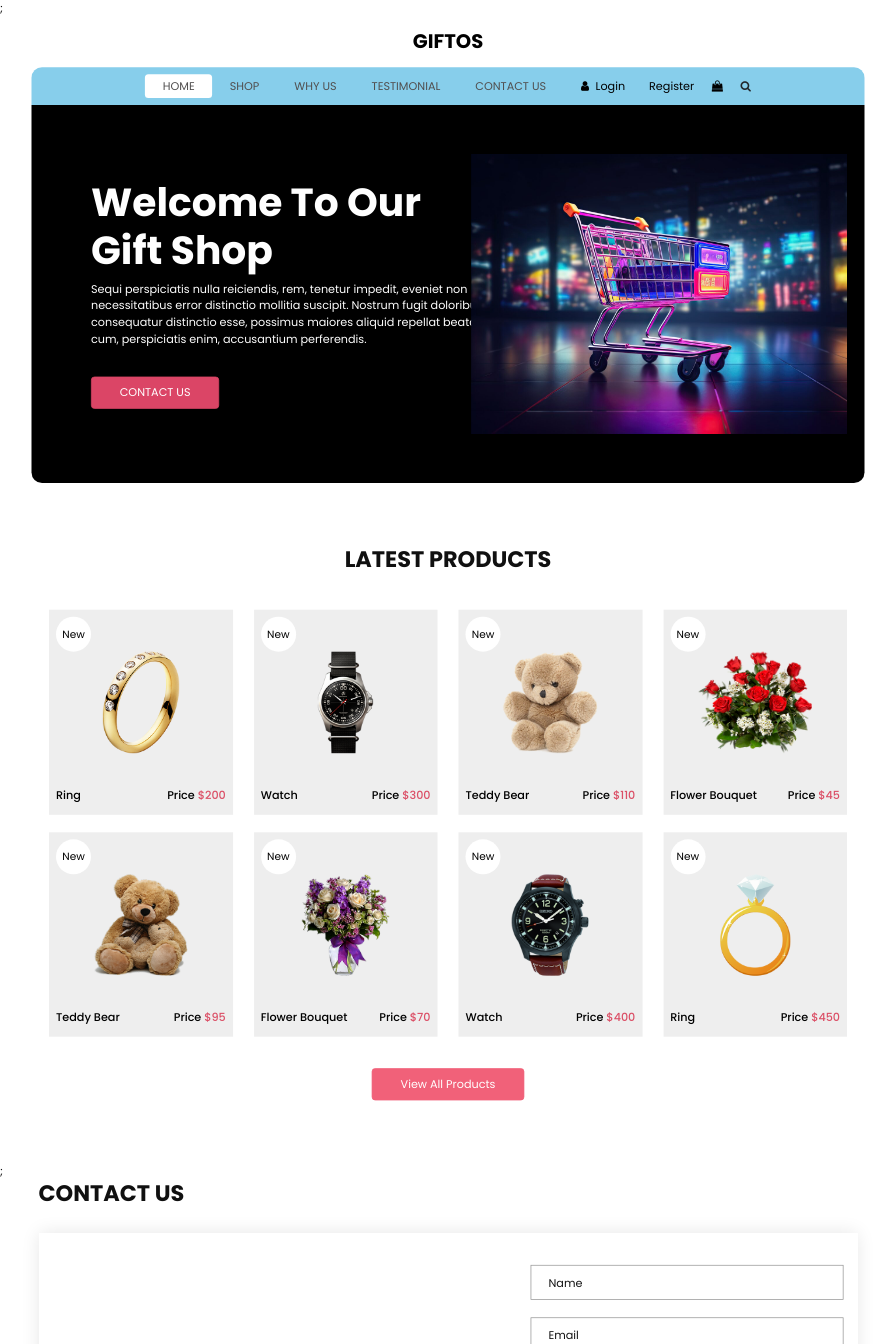
Repository: tanimtanzilislam/ecommerce_project_laravel
Page: http://localhost/
These files come from the project's save history. The page is drawn as it stood at one moment and after the next save; the edit follows.
The browser window is 1280 px wide. The pictures show the part of the page from y = 0 to 1920 px (the page is 2902 px tall), at 70% of full size.
Pictures or frames that could not be fetched are drawn as grey boxes. The page is served by the project's Laravel application, run on PHP 8.4 with Laravel 12. Other server files are loaded and not shown.

Above is the page before, as saved 2025-06-14 17:03:53.

### routes/web.php
<?php

use App\Http\Controllers\ProfileController;
use Illuminate\Support\Facades\Route;
use App\Http\Controllers\HomeController;
route::get('/', [HomeController::class,'home']
);

Route::get('/dashboard', function () {
    return view('dashboard');
})->middleware(['auth', 'verified'])->name('dashboard');

Route::middleware('auth')->group(function () {
    Route::get('/profile', [ProfileController::class, 'edit'])->name('profile.edit');
    Route::patch('/profile', [ProfileController::class, 'update'])->name('profile.update');
    Route::delete('/profile', [ProfileController::class, 'destroy'])->name('profile.destroy');
});

require __DIR__.'/auth.php';

route::get('admin/dashboard',[HomeController::class,'index']);
route::get('admin/dashboard',[HomeController::class,'index'])->middleware(['auth','admin']);

### app/Http/Controllers/HomeController.php
<?php

namespace App\Http\Controllers;

use Illuminate\Http\Request;


class HomeController extends Controller
{
    public function index(){
        return view('admin.index');
    }



    public function home(){
       return view('home.index');

        }

}

### resources/views/home/index.blade.php
<!DOCTYPE html>
<html>

<head>
  @include('home.css');
</head>

<body>
  <div class="hero_area">
    <!-- header section strats -->
   @include('home.header')
    <!-- end header section -->
    <!-- slider section -->
@include('home.slider')

    <!-- end slider section -->
  </div>
  <!-- end hero area -->

  <!-- shop section -->

  @include('home.product');

  <!-- end shop section -->







  <!-- contact section -->

  @include('home.contact')

  <!-- end contact section -->



  <!-- info section -->
@include('home.footer');

</body>

</html>

### resources/views/home/css.blade.php
<!-- Basic -->
  <meta charset="utf-8" />
  <meta http-equiv="X-UA-Compatible" content="IE=edge" />
  <!-- Mobile Metas -->
  <meta name="viewport" content="width=device-width, initial-scale=1, shrink-to-fit=no" />
  <!-- Site Metas -->
  <meta name="keywords" content="" />
  <meta name="description" content="" />
  <meta name="author" content="" />
  <link rel="shortcut icon" href="images/favicon.png" type="image/x-icon">

  <title>
    Giftos
  </title>

  <!-- slider stylesheet -->
  <link rel="stylesheet" type="text/css" href="https://cdnjs.cloudflare.com/ajax/libs/OwlCarousel2/2.3.4/assets/owl.carousel.min.css" />

  <!-- bootstrap core css -->
  <link rel="stylesheet" type="text/css" href="{{asset('css/bootstrap.css')}}" />

  <!-- Custom styles for this template -->
  <link href="{{asset('css/style.css')}}" rel="stylesheet" />
  <!-- responsive style -->
  <link href="{{asset('css/responsive.css')}}" rel="stylesheet" />

### resources/views/home/header.blade.php
 <header class="header_section">
      <nav class="navbar navbar-expand-lg custom_nav-container ">
        <a class="navbar-brand" href="index.html">
          <span>
            Giftos
          </span>
        </a>
        <button class="navbar-toggler" type="button" data-toggle="collapse" data-target="#navbarSupportedContent" aria-controls="navbarSupportedContent" aria-expanded="false" aria-label="Toggle navigation">
          <span class=""></span>
        </button>

        <div class="collapse navbar-collapse" id="navbarSupportedContent">
          <ul class="navbar-nav  ">
            <li class="nav-item active">
              <a class="nav-link" href="index.html">Home <span class="sr-only">(current)</span></a>
            </li>
            <li class="nav-item">
              <a class="nav-link" href="shop.html">
                Shop
              </a>
            </li>
            <li class="nav-item">
              <a class="nav-link" href="why.html">
                Why Us
              </a>
            </li>
            <li class="nav-item">
              <a class="nav-link" href="testimonial.html">
                Testimonial
              </a>
            </li>
            <li class="nav-item">
              <a class="nav-link" href="contact.html">Contact Us</a>
            </li>
          </ul>
          <div class="user_option">
            <a href="{{url('/login')}}">
              <i class="fa fa-user" aria-hidden="true"></i>
              <span>
                Login
              </span>
            </a>

            <a href="{{url('/register')}}">
              <i class="fa fa-" aria-hidden="true"></i>
              <span>
                Register
              </span>
            </a>
            <a href="">
              <i class="fa fa-shopping-bag" aria-hidden="true"></i>
            </a>
            <form class="form-inline ">
              <button class="btn nav_search-btn" type="submit">
                <i class="fa fa-search" aria-hidden="true"></i>
              </button>
            </form>
          </div>
        </div>
      </nav>
    </header>

### resources/views/home/slider.blade.php
 <section class="slider_section">
      <div class="slider_container">
        <div id="carouselExampleIndicators" class="carousel slide" data-ride="carousel">
          <div class="carousel-inner">
            <div class="carousel-item active">
              <div class="container-fluid">
                <div class="row">
                  <div class="col-md-7">
                    <div class="detail-box">
                      <h1>
                        Welcome To Our <br>
                        Gift Shop
                      </h1>
                      <p>
                        Sequi perspiciatis nulla reiciendis, rem, tenetur impedit, eveniet non necessitatibus error distinctio mollitia suscipit. Nostrum fugit doloribus consequatur distinctio esse, possimus maiores aliquid repellat beatae cum, perspiciatis enim, accusantium perferendis.
                      </p>
                      <a href="">
                        Contact Us
                      </a>
                    </div>
                  </div>
                  <div class="col-md-5 ">
                    <div class="img-box">
                      <img style="width:600px" src="images/image3.jpeg" alt="" />
                    </div>
                  </div>
                </div>
              </div>
            </div>

          </div>

        </div>
      </div>
    </section>

### resources/views/home/product.blade.php
<section class="shop_section layout_padding">
    <div class="container">
      <div class="heading_container heading_center">
        <h2>
          Latest Products
        </h2>
      </div>
      <div class="row">
        <div class="col-sm-6 col-md-4 col-lg-3">
          <div class="box">
            <a href="">
              <div class="img-box">
                <img src="images/p1.png" alt="">
              </div>
              <div class="detail-box">
                <h6>
                  Ring
                </h6>
                <h6>
                  Price
                  <span>
                    $200
                  </span>
                </h6>
              </div>
              <div class="new">
                <span>
                  New
                </span>
              </div>
            </a>
          </div>
        </div>
        <div class="col-sm-6 col-md-4 col-lg-3">
          <div class="box">
            <a href="">
              <div class="img-box">
                <img src="images/p2.png" alt="">
              </div>
              <div class="detail-box">
                <h6>
                  Watch
                </h6>
                <h6>
                  Price
                  <span>
                    $300
                  </span>
                </h6>
              </div>
              <div class="new">
                <span>
                  New
                </span>
              </div>
            </a>
          </div>
        </div>
        <div class="col-sm-6 col-md-4 col-lg-3">
          <div class="box">
            <a href="">
              <div class="img-box">
                <img src="images/p3.png" alt="">
              </div>
              <div class="detail-box">
                <h6>
                  Teddy Bear
                </h6>
                <h6>
                  Price
                  <span>
                    $110
                  </span>
                </h6>
              </div>
              <div class="new">
                <span>
                  New
                </span>
              </div>
            </a>
          </div>
        </div>
        <div class="col-sm-6 col-md-4 col-lg-3">
          <div class="box">
            <a href="">
              <div class="img-box">
                <img src="images/p4.png" alt="">
              </div>
              <div class="detail-box">
                <h6>
                  Flower Bouquet
                </h6>
                <h6>
                  Price
                  <span>
                    $45
                  </span>
                </h6>
              </div>
              <div class="new">
                <span>
                  New
                </span>
              </div>
            </a>
          </div>
        </div>
        <div class="col-sm-6 col-md-4 col-lg-3">
          <div class="box">
            <a href="">
              <div class="img-box">
                <img src="images/p5.png" alt="">
              </div>
              <div class="detail-box">
                <h6>
                  Teddy Bear
                </h6>
                <h6>
                  Price
                  <span>
                    $95
                  </span>
                </h6>
              </div>
              <div class="new">
                <span>
                  New
                </span>
              </div>
            </a>
          </div>
        </div>
        <div class="col-sm-6 col-md-4 col-lg-3">
          <div class="box">
            <a href="">
              <div class="img-box">
                <img src="images/p6.png" alt="">
              </div>
              <div class="detail-box">
                <h6>
                  Flower Bouquet
                </h6>
                <h6>
                  Price
                  <span>
                    $70
                  </span>
                </h6>
              </div>
              <div class="new">
                <span>
                  New
                </span>
              </div>
            </a>
          </div>
        </div>
        <div class="col-sm-6 col-md-4 col-lg-3">
          <div class="box">
            <a href="">
              <div class="img-box">
                <img src="images/p7.png" alt="">
              </div>
              <div class="detail-box">
                <h6>
                  Watch
                </h6>
                <h6>
                  Price
                  <span>
                    $400
                  </span>
                </h6>
              </div>
              <div class="new">
                <span>
                  New
                </span>
              </div>
            </a>
          </div>
        </div>
        <div class="col-sm-6 col-md-4 col-lg-3">
          <div class="box">
            <a href="">
              <div class="img-box">
                <img src="images/p8.png" alt="">
              </div>
              <div class="detail-box">
                <h6>
                  Ring
                </h6>
                <h6>
                  Price
                  <span>
                    $450
                  </span>
                </h6>
              </div>
              <div class="new">
                <span>
                  New
                </span>
              </div>
            </a>
          </div>
        </div>
      </div>
      <div class="btn-box">
        <a href="">
          View All Products
        </a>
      </div>
    </div>
  </section>

### resources/views/home/contact.blade.php
<section class="contact_section ">
    <div class="container px-0">
      <div class="heading_container ">
        <h2 class="">
          Contact Us
        </h2>
      </div>
    </div>
    <div class="container container-bg">
      <div class="row">
        <div class="col-lg-7 col-md-6 px-0">
          <div class="map_container">
            <div class="map-responsive">
              <iframe src="https://www.google.com/maps/embed/v1/place?key=AIzaSyA0s1a7phLN0iaD6-UE7m4qP-z21pH0eSc&q=Eiffel+Tower+Paris+France" width="600" height="300" frameborder="0" style="border:0; width: 100%; height:100%" allowfullscreen></iframe>
            </div>
          </div>
        </div>
        <div class="col-md-6 col-lg-5 px-0">
          <form action="#">
            <div>
              <input type="text" placeholder="Name" />
            </div>
            <div>
              <input type="email" placeholder="Email" />
            </div>
            <div>
              <input type="text" placeholder="Phone" />
            </div>
            <div>
              <input type="text" class="message-box" placeholder="Message" />
            </div>
            <div class="d-flex ">
              <button>
                SEND
              </button>
            </div>
          </form>
        </div>
      </div>
    </div>
  </section>

  <br><br><br>

### resources/views/home/footer.blade.php
 <section class="info_section  layout_padding2-top">
    <div class="social_container">
      <div class="social_box">
        <a href="">
          <i class="fa fa-facebook" aria-hidden="true"></i>
        </a>
        <a href="">
          <i class="fa fa-twitter" aria-hidden="true"></i>
        </a>
        <a href="">
          <i class="fa fa-instagram" aria-hidden="true"></i>
        </a>
        <a href="">
          <i class="fa fa-youtube" aria-hidden="true"></i>
        </a>
      </div>
    </div>
    <div class="info_container ">
      <div class="container">
        <div class="row">
          <div class="col-md-6 col-lg-3">
            <h6>
              ABOUT US
            </h6>
            <p>
              Lorem ipsum dolor sit amet, consectetur adipiscing elit, sed doLorem ipsum dolor sit amet, consectetur adipiscing elit, sed doLorem ipsum dolor sit amet,
            </p>
          </div>
          <div class="col-md-6 col-lg-3">
            <div class="info_form ">
              <h5>
                Newsletter
              </h5>
              <form action="#">
                <input type="email" placeholder="Enter your email">
                <button>
                  Subscribe
                </button>
              </form>
            </div>
          </div>
          <div class="col-md-6 col-lg-3">
            <h6>
              NEED HELP
            </h6>
            <p>
              Lorem ipsum dolor sit amet, consectetur adipiscing elit, sed doLorem ipsum dolor sit amet, consectetur adipiscing elit, sed doLorem ipsum dolor sit amet,
            </p>
          </div>
          <div class="col-md-6 col-lg-3">
            <h6>
              CONTACT US
            </h6>
            <div class="info_link-box">
              <a href="">
                <i class="fa fa-map-marker" aria-hidden="true"></i>
                <span> Gb road 123 london Uk </span>
              </a>
              <a href="">
                <i class="fa fa-phone" aria-hidden="true"></i>
                <span>+01 12345678901</span>
              </a>
              <a href="">
                <i class="fa fa-envelope" aria-hidden="true"></i>
                <span> demo@gmail.com</span>
              </a>
            </div>
          </div>
        </div>
      </div>
    </div>
    <!-- footer section -->
    <footer class=" footer_section">
      <div class="container">
        <p>
          &copy; <span id="displayYear"></span> All Rights Reserved By
          <a href="https://html.design/">Web Tech Knowledge</a>
        </p>
      </div>
    </footer>
    <!-- footer section -->

  </section>

  <!-- end info section -->


  <script src="{{asset('js/jquery-3.4.1.min.js')}}"></script>
  <script src="{{asset('js/bootstrap.js')}}"></script>
  <script src="{{asset('https://cdnjs.cloudflare.com/ajax/libs/OwlCarousel2/2.3.4/owl.carousel.min.js')}}">
  </script>
  <script src="{{asset('js/custom.js')}}"></script>

### public/css/responsive.css
@media (max-width: 1120px) {
    .saving_section .detail-box {
        padding: 0;
    }
}

@media (max-width: 992px) {
    .user_option {
        justify-content: center;
        margin-left: 0;
        margin-top: 10px;

    }

    .custom_nav-container {
        flex-direction: row;
    }

    .custom_nav-container .navbar-nav {
        align-items: center;
    }

    #navbarSupportedContent .navbar-nav .nav-link {
        margin: 5px 0;
    }

    .slider_section .detail-box {
        padding-left: 0;
    }

    .slider_section .detail-box h1 {
        font-size: 3rem;
    }

    .slider_section .img-box {
        padding: 0;
    }

    .saving_section .row {
        flex-direction: column-reverse;
    }

    .saving_section .detail-box {

        margin-bottom: 30px;
    }

    .client_section .box {
        margin: 15px 25px;
    }

    .client_section .carousel_btn-box {
        display: flex;
        justify-content: center;
        margin-top: 45px;
    }

    .client_section .carousel-control-prev,
    .client_section .carousel-control-next {
        position: unset;
        margin: 0 2.5px;
        width: 45px;
        height: 45px;
    }
}

@media (max-width: 768px) {
    .hero_area {
        padding: 0 25px;
    }

    .slider_section .img-box {
        margin-bottom: 45px;
    }

    .saving_section,
    .gift_section {
        padding-left: 25px;
        padding-right: 25px;
    }

    .gift_section .box {
        padding: 45px 0;
    }

    .gift_section .img-box {
        padding: 0 15px;
        margin-bottom: 45px;
    }

    .info_section .row>div {
        text-align: center;
        display: flex;
        flex-direction: column;
        align-items: center;

    }

    .info_section {
        margin: 0 25px 25px;
    }


}

@media (max-width: 576px) {
    .contact_section {
        padding-left: 25px;
        padding-right: 25px;
    }
}

@media (max-width: 480px) {

    .saving_section .detail-box,
    .gift_section .detail-box {
        padding: 0 5px;
    }
}

@media (max-width: 420px) {}

@media (max-width: 376px) {}

@media (min-width: 1200px) {
    .container {
        max-width: 1170px;
    }
}

Loaded but not shown: routes/auth.php (common file); app/Http/Controllers/Auth/EmailVerificationPromptController.php (common file); app/Http/Controllers/Controller.php (common file); app/Http/Controllers/Auth/VerifyEmailController.php (common file); public/css/bootstrap.css (library); public/js/jquery-3.4.1.min.js (library); public/js/bootstrap.js (library); public/js/custom.js (common file); public/css/font-awesome.min.css (library); public/css/style.css (856 lines, source omitted)

After the next save:
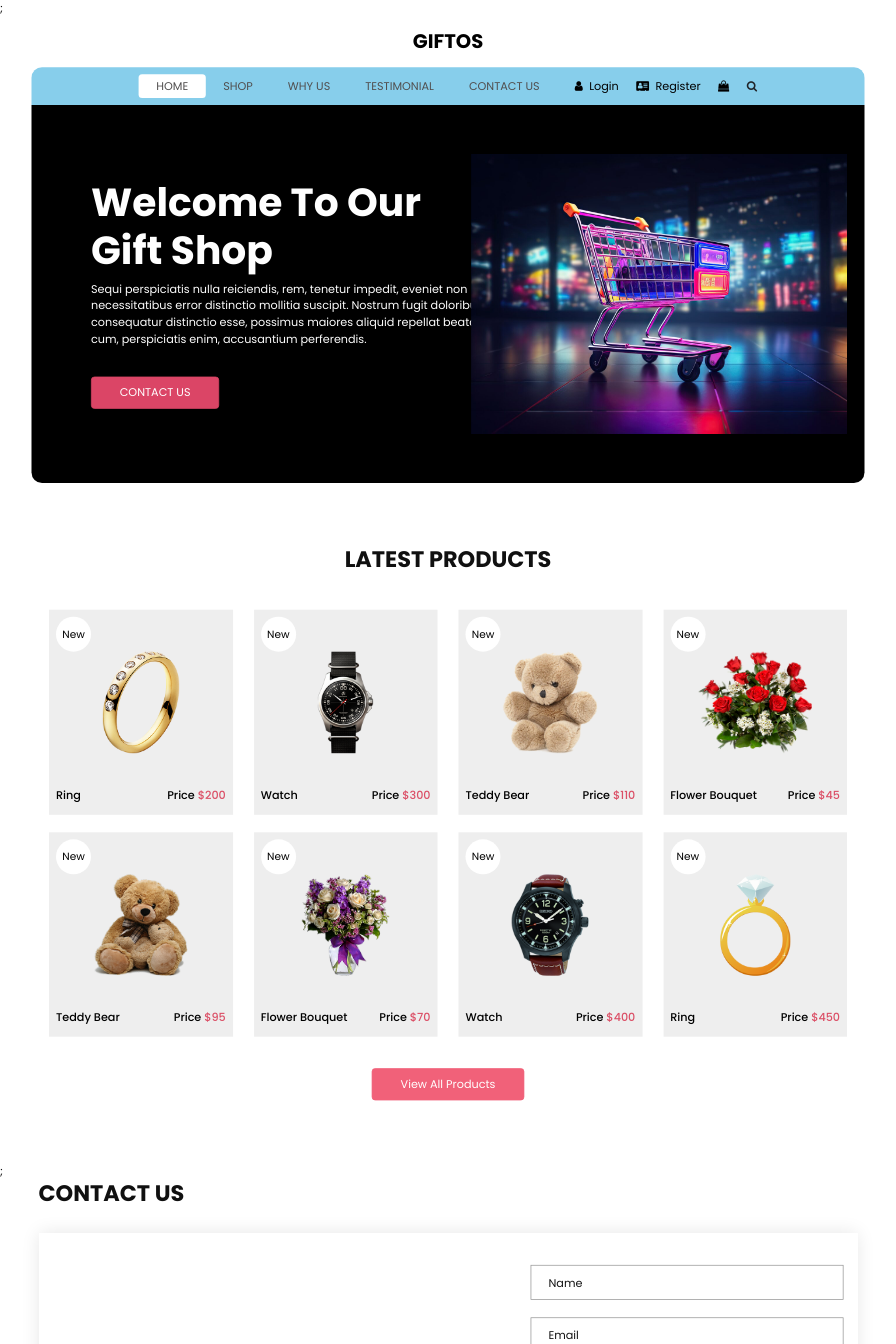
Saved 4 s later.
--- a/resources/views/home/header.blade.php
+++ b/resources/views/home/header.blade.php
@@ -42,7 +42,7 @@
             </a>
 
             <a href="{{url('/register')}}">
-              <i class="fa fa-" aria-hidden="true"></i>
+              <i class="fa fa-vcard" aria-hidden="true"></i>
               <span>
                 Register
               </span>
